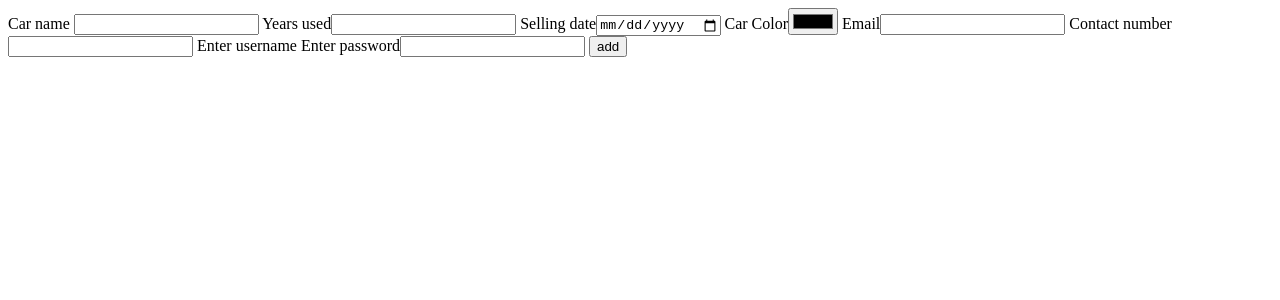
Repository: parthp17/273-Homework1
Page: Homework1/workspace/homework1/WebContent/InputTypes.html
The author's editor kept a copy of each file at every save. The page is drawn from the files as they stood at one save, then again after the next save.
The browser window is 1280 px wide. The pictures show the whole page.

Above is the page before, as saved 2016-09-09 15:58:09.

### Homework1/workspace/homework1/WebContent/InputTypes.html
<html>
<head>

</head>
<body>
<form action="welcome.html">
	Car name
	<input type="text" name="name" id="name">
	Years used<input type = "number" name = "yearsUsed" id = "yearsUsed">

	Selling date<input type="date" name="sellingDate" id = "sellingDate">
	 Car Color<input type="color" name="carcolor" id = "carcolor">
	 Email<input type = "email" id = "email">
	 Contact number <input type= "tel" name = "contactnum" id = "contactnum">
	 Enter username
	 Enter password<input type = "password" max="16" min = "8" id = "password">

	<input type="submit" value="add" onclick="f1()" id="b">

</form>
	</table>
</body>
</html>

After the next save:
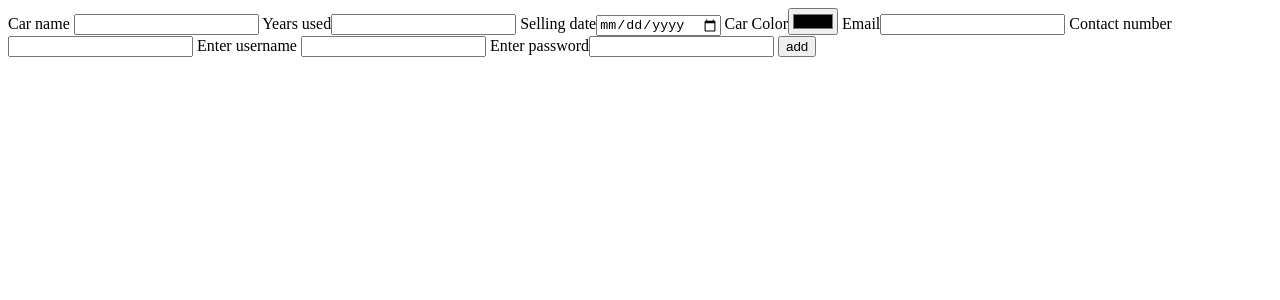
Saved 9 s later.
--- a/Homework1/workspace/homework1/WebContent/InputTypes.html
+++ b/Homework1/workspace/homework1/WebContent/InputTypes.html
@@ -12,7 +12,7 @@
 	 Car Color<input type="color" name="carcolor" id = "carcolor">
 	 Email<input type = "email" id = "email">
 	 Contact number <input type= "tel" name = "contactnum" id = "contactnum">
-	 Enter username
+	 Enter username <input type = "text">
 	 Enter password<input type = "password" max="16" min = "8" id = "password">
 
 	<input type="submit" value="add" onclick="f1()" id="b">
